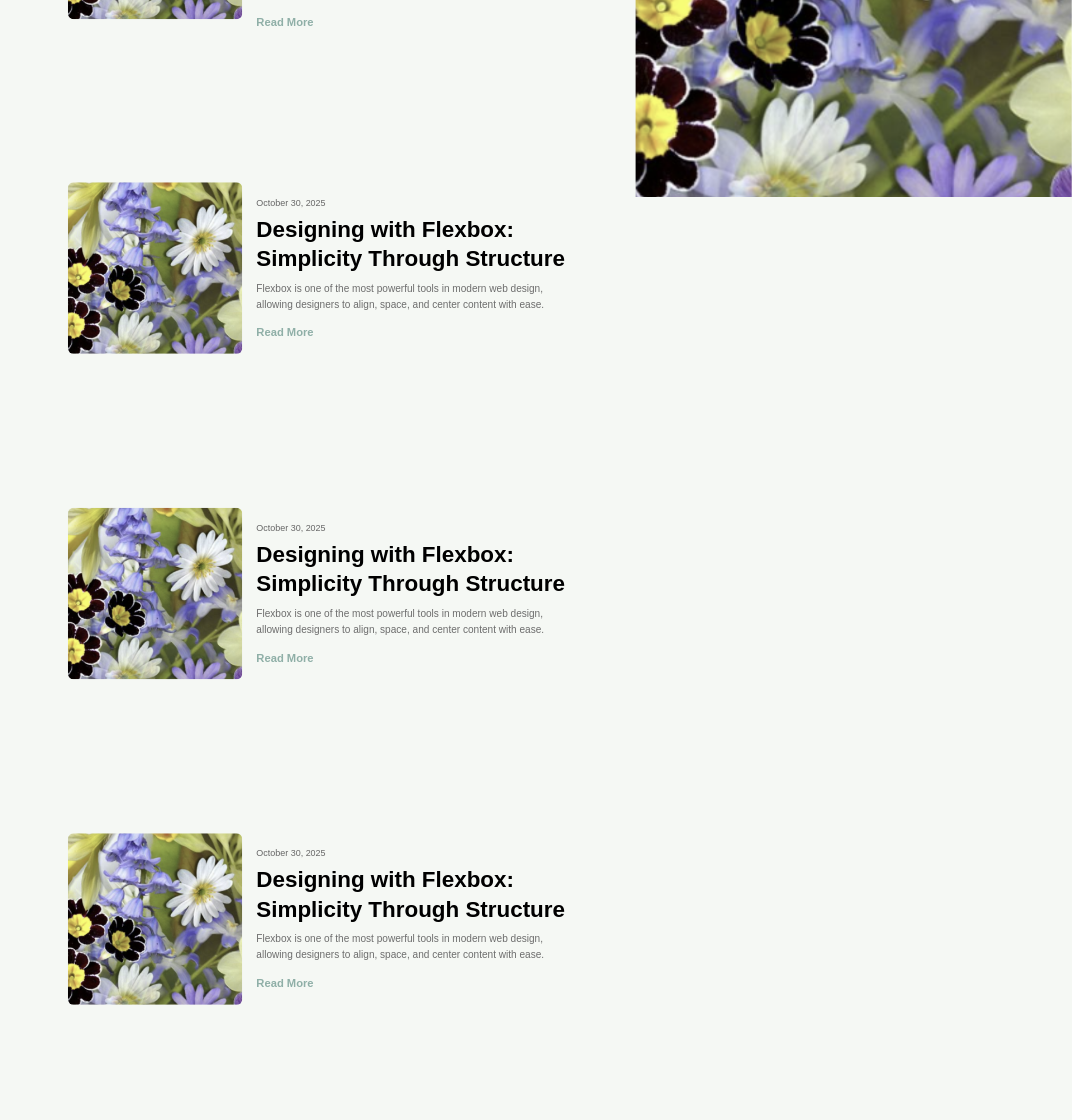
Repository: Brittany-Westlund/WebDesign
Page: Assignment5/grid.html
The author's editor kept a copy of each file at every save. The page is drawn from the files as they stood at one save, then again after the next save.
The browser window is 1280 px wide. The page is 1531 px wide, so the pictures cover 1531 px, including what lies to the right of the window. The pictures show the part of the page from y = 339 to 1939 px (the page is 4250 px tall before and 4200 px after), at 70% of full size.

Above is the page before, as saved 2025-11-18 20:00:49.

### Assignment5/grid.html
<!DOCTYPE html>
<html lang="en">
<head>
    <meta charset="UTF-8">
    <title>Grid Layout</title>
    <link rel="stylesheet" href="style/style.css">
</head>

<body>


<div class="featured-section">

  <!-- Blog List -->
  <div class="blog-list">

    <div class="blog-preview">
      <img src="images/wildflowers-square.png" alt="A closeup of wildflowers.">
      <div class="blog-text">
        <p class="date">October 30, 2025</p>
        <h2 class="post-title">Designing with Flexbox: Simplicity Through Structure</h2>
        <p class="post-preview">
          Flexbox is one of the most powerful tools in modern web design, allowing designers to align, space, and
          center content with ease. In this post, we'll explore how Flexbox simplifies layouts that once required
          endless floats and margins—and how a few key properties can make your designs more fluid and responsive.
        </p>
        <a href="blog-post.html" class="read-more">Read More</a>
      </div>
    </div>

    <!-- You can copy/paste more blog-preview divs here if you want -->
    <div class="blog-preview">
      <img src="images/wildflowers-square.png" alt="A closeup of wildflowers.">
      <div class="blog-text">
        <p class="date">October 30, 2025</p>
        <h2 class="post-title">Designing with Flexbox: Simplicity Through Structure</h2>
        <p class="post-preview">
          Flexbox is one of the most powerful tools in modern web design, allowing designers to align, space, and
          center content with ease.
        </p>
        <a href="blog-post.html" class="read-more">Read More</a>
      </div>
    </div>

    <div class="blog-preview">
      <img src="images/wildflowers-square.png" alt="A closeup of wildflowers.">
      <div class="blog-text">
        <p class="date">October 30, 2025</p>
        <h2 class="post-title">Designing with Flexbox: Simplicity Through Structure</h2>
        <p class="post-preview">
          Flexbox is one of the most powerful tools in modern web design, allowing designers to align, space, and
          center content with ease.
        </p>
        <a href="blog-post.html" class="read-more">Read More</a>
      </div>
    </div>

    <div class="blog-preview">
      <img src="images/wildflowers-square.png" alt="A closeup of wildflowers.">
      <div class="blog-text">
        <p class="date">October 30, 2025</p>
        <h2 class="post-title">Designing with Flexbox: Simplicity Through Structure</h2>
        <p class="post-preview">
          Flexbox is one of the most powerful tools in modern web design, allowing designers to align, space, and
          center content with ease.
        </p>
        <a href="blog-post.html" class="read-more">Read More</a>
      </div>
    </div>

    <div class="blog-preview">
      <img src="images/wildflowers-square.png" alt="A closeup of wildflowers.">
      <div class="blog-text">
        <p class="date">October 30, 2025</p>
        <h2 class="post-title">Designing with Flexbox: Simplicity Through Structure</h2>
        <p class="post-preview">
          Flexbox is one of the most powerful tools in modern web design, allowing designers to align, space, and
          center content with ease.
        </p>
        <a href="blog-post.html" class="read-more">Read More</a>
      </div>
    </div>

    <div class="blog-preview">
      <img src="images/wildflowers-square.png" alt="A closeup of wildflowers.">
      <div class="blog-text">
        <p class="date">October 30, 2025</p>
        <h2 class="post-title">Designing with Flexbox: Simplicity Through Structure</h2>
        <p class="post-preview">
          Flexbox is one of the most powerful tools in modern web design, allowing designers to align, space, and
          center content with ease.
        </p>
        <a href="blog-post.html" class="read-more">Read More</a>
      </div>
    </div>

  </div> <!-- end blog-list -->

  <!-- Hero Section -->
  <div class="hero">
    <img src="images/wildflowers-square.png" alt="A closeup of wildflowers.">
  </div>

  <!-- Cards Section -->
  <div class="card-section">

    <div class="card">
      <img src="images/wildflowers-square.png" alt="A closeup of wildflowers.">
      <h3>Beautiful Wildflowers</h3>
      <p>This is a close up of a lovely bunch of wildflowers.</p>
    </div>

    <div class="card">
      <img src="images/wildflowers-square.png" alt="A closeup of wildflowers.">
      <h3>Beautiful Wildflowers</h3>
      <p>This is a close up of a lovely bunch of wildflowers.</p>
    </div>

  </div> <!-- end card-section -->

</div> <!-- end featured-section -->








</div>








<div class="gallery">
      <div class="item"><p>A quote about wildflowers.</p></div>
      <div class="item"><img src="images/wildflowers-square.png" alt="A closeup of wildflowers"></div>
      <div class="item"><p>A quote about wildflowers.</p></div>
      <div class="item"><img src="images/orange-flowers.png" alt="A closeup of orange flowers"></div>
      <div class="item"><p>A quote about wildflowers.</p></div>
      <div class="item"><img src="images/red-flowers.png" alt="A closeup of red flowers"></p></div>
</div>


</body>
</html>

### Assignment5/style/style.css
body {
  background-color: #f5f8f4; /* a light sage-green tone */
}

/* The featured section */
.featured-section {
  display: grid;
  grid-template-columns: 1fr 2fr;
  gap: 10px;
  align-items: start;
}

.blog-preview {
  display: flex; /* activates Flexbox */
  flex-direction: row; /* aligns items in a row (default, but explicit is good) */
  align-items: center; /* vertically centers items within the row */
  gap: 20px; /* adds space between items */

  max-width: 80%; /* controls total width of the content block */
  margin: 80px auto; /* centers on page with top/bottom space */
  padding: 20px 40px; /* adds subtle inner space from edges */
}

.blog-preview img {
  width: 35%;      /* image takes up 45% of the total width of .blog-preview */
  height: auto;    /* keeps proportions correct */
  border-radius: 8px; /* optional, softens corners */
}

.blog-list {
  display: flex;
  flex-direction: column;
  gap: 20px;
}


.blog-text {
  display: flex;
  flex-direction: column; /* stacks each text element vertically */
  gap: 10px; /* adds consistent space between elements */
}


.date {
  font-family: Arial, Helvetica, sans-serif;
  font-size: 0.8rem;
  color: #666;
  margin: 0;
}

.post-title {
  font-family: Arial, Helvetica, sans-serif;
  font-size: 2rem;
  font-weight: 600;
  line-height: 1.3;
  margin: 0;
}

.post-preview {
  font-family: Arial, Helvetica, sans-serif;
  font-size: 0.9rem;
  color: #6d6d6d;
  line-height: 1.6;
  margin: 0;
}

.read-more {
  font-family: Arial, Helvetica, sans-serif;
  text-decoration: none;
  font-weight: bold;
  color: #8fafa7;
  margin-top: 10px;
}






.gallery {
  display: grid;
  grid-template-columns: repeat(auto-fit, minmax(400px, 1fr));
  gap: 10px;
  margin: auto;
  padding: 10px;
}

.item {
  background-color: #fcf9ff;
  border-radius: 8px;
  aspect-ratio: 1 / 1;
  display: flex;
  justify-content: center;
}

.item img {
  padding: 0;
  width: 100%;
  height: auto; /* maintains the image's aspect ratio */
  display: block; /* clears any space after the image */
  border-radius: 8px;

}

.item p {
  text-align: center;
  display: flex;
  align-items: center;
}




.card {
  display: flex;
  flex-direction: column;
  flex: 1;
  gap: 10px;
  padding: 20px;
  background-color: gainsboro;
  max-width: 400px;
  margin-bottom: 20px;
}


.card-section {
  display: flex;
  gap: 10px;
  justify-content: space-between;
}



















/* The main footer container */

.footer {
  display: flex; /* Places all footer sections (icons + lists) side by side in a row */
  justify-content: space-between; /* Adds equal space between each section horizontally */
  align-items: flex-start; /* Aligns all sections to the top of the footer */
  background-color: #d5d0dd; /* Sets the footer’s background color */
  padding: 30px 100px; /* Adds space inside the footer: 30px top/bottom, 100px left/right */
  font-family: Arial, Helvetica, sans-serif; /* Sets the font for the entire footer */
}

.footer ul {
  list-style: none; /* Removes the default bullets from list items */
  padding: 0; /* Removes default padding inside the <ul> */
  margin: 0; /* Removes default margin outside the <ul> */
}

.footer li {
  margin-bottom: 6px; /* Adds a little space between each list item */
  font-size: 14px; /* Makes the text slightly smaller for a neat footer look */
}

.social-icons img {
  width: 22px; /* Sets consistent icon size */
  margin-right: 10px; /* Adds space between the icons */
  vertical-align: middle; /* Keeps icons visually aligned with any text nearby */
}



@media (max-width: 600px) {
  .card-section{
    flex-direction: column;
  }
}


@media (min-width: 600px) and (max-width: 1024px) {
  /* Styles for tablets */
}





a:focus, button:focus, input:focus {
  outline: 2px solid #4a90e2;
  outline-offset: 2px;
}

After the next save:
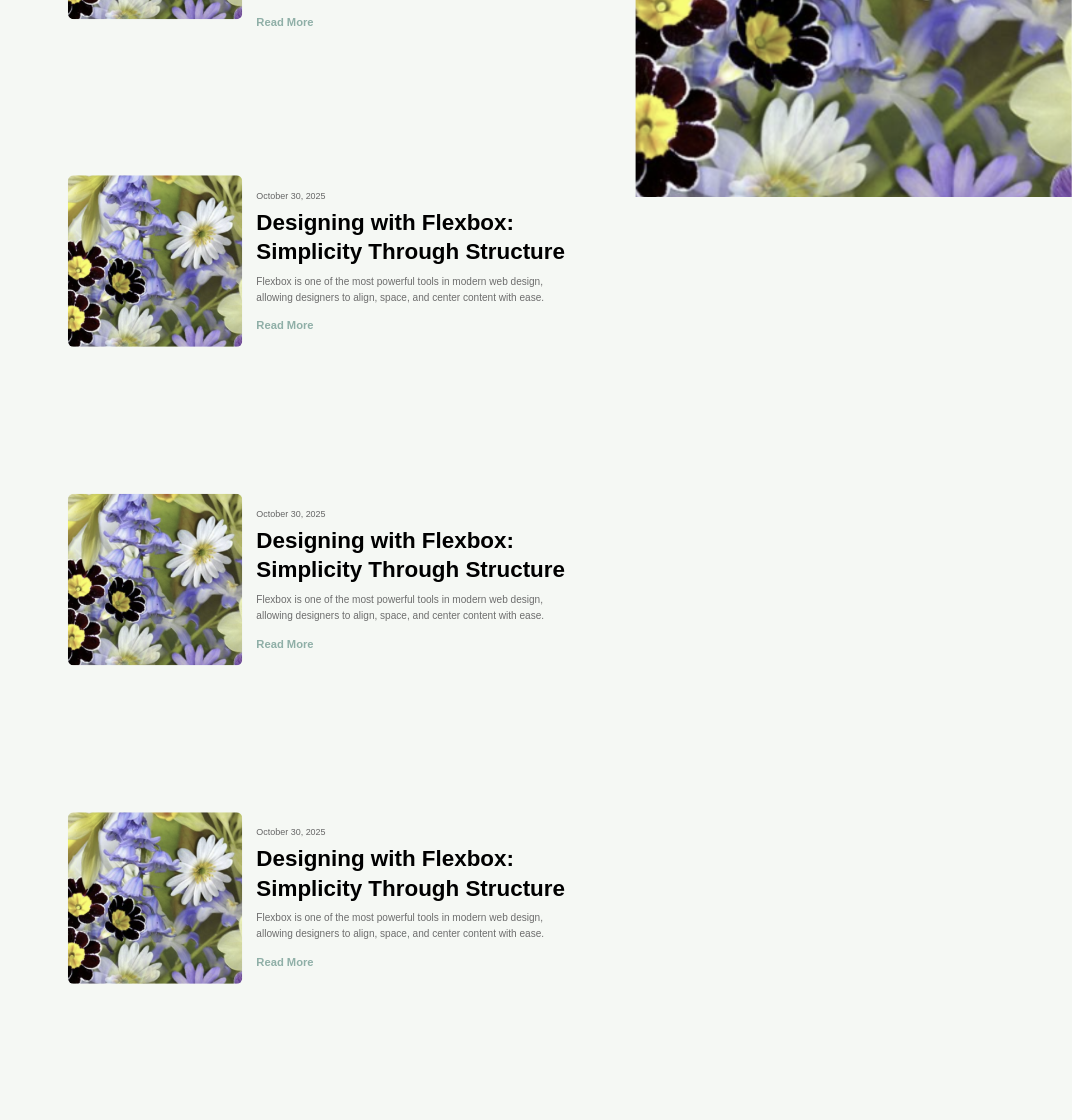
Saved 66 s later.
--- a/Assignment5/style/style.css
+++ b/Assignment5/style/style.css
@@ -30,7 +30,8 @@ body {
 .blog-list {
   display: flex;
   flex-direction: column;
-  gap: 20px;
+  gap: 10px;
+  max-width: 100%;
 }
 
 
